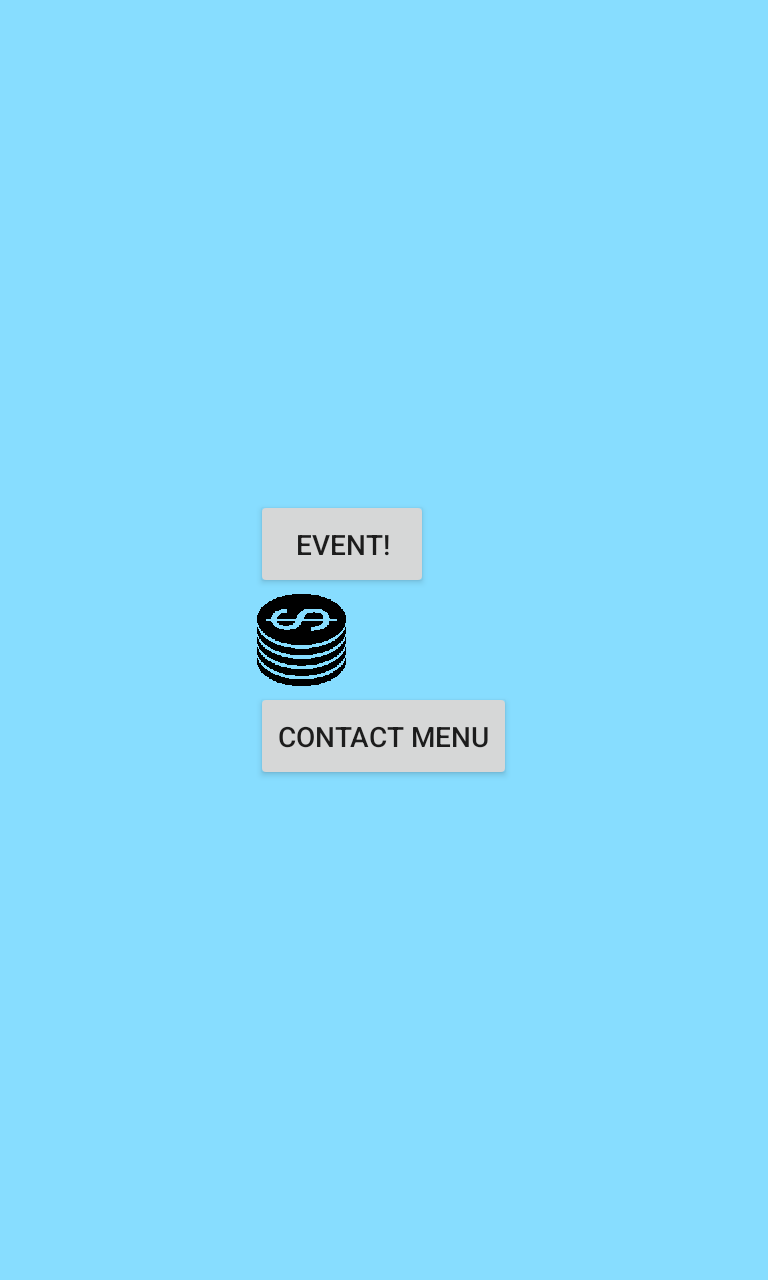
Repository: wisingd/Dajoroli
Layout: Workspace/SplitIt/res/layout/fragment_main.xml
These files come from the project's save history. The layout is drawn as it stood at one moment and after the next save; the edit follows.
It is drawn on a 768 x 1280 px phone screen (xhdpi) without system bars, with theme AppTheme; the app's code is not run.

Above is the layout before, as saved 2014-05-17 09:57:39.

### Workspace/SplitIt/res/layout/fragment_main.xml
<?xml version="1.0" encoding="utf-8"?>
<RelativeLayout xmlns:android="http://schemas.android.com/apk/res/android"
    xmlns:tools="http://schemas.android.com/tools"
    android:layout_width="match_parent"
    android:layout_height="match_parent"
    android:background="#87DDFF"
    android:paddingLeft="16dp"
    android:paddingRight="16dp" >

    <LinearLayout
        android:layout_width="wrap_content"
        android:layout_height="wrap_content"
        android:layout_centerHorizontal="true"
        android:layout_centerVertical="true"
        android:orientation="vertical" >

        <Button
            android:layout_width="wrap_content"
            android:layout_height="wrap_content"
            android:onClick="startEvent"
            android:text="@string/startEvent" />

        <ImageButton
            android:layout_width="wrap_content"
            android:layout_height="wrap_content"
            android:background="@android:color/transparent"
            android:onClick="startDebtMenu"
            android:src="@drawable/coins8" />

        <Button
            android:layout_width="wrap_content"
            android:layout_height="wrap_content"
            android:onClick="startContactMenu"
            android:text="@string/startContactMenu" />
    </LinearLayout>

</RelativeLayout>

### Workspace/SplitIt/res/values/strings.xml
<?xml version="1.0" encoding="utf-8"?>
<resources>

    <string name="app_name">Split It</string>
    <string name="action_settings">Settings</string>
    <string name="contact_name">Contact name</string>
    <string name="button_create_contact">Create contact!</string>
    <string name="title_activity_display_message">New Activity</string>
    <string name="information_text">Amount to the left, contact to the right</string>
    <string name="view_contacts">View contacts</string>
    <string name="amount">Amount</string>
    <string name="contact">Name</string>
    <string name="they_owe_me">They owe me</string>
    <string name="i_owe_them">I owe them</string>
    <string name="startDebtMenu">Debt menu</string>
    <string name="startContactMenu">Contact menu</string>
    <string name="number">Contact phone number</string>
    <string name="erase_contacts">Erase contacts</string>
    <string name="name">Name</string>
    <string name="split_debt">Split a debt</string>
    <string name="title_activity_split_adebt">SplitADebt</string>
    <string name="hello_world">Hello world!</string>
    <string name="splitOnThree">Split on these contacts!</string>
    <string name="title_activity_daniels_test">DanielsTest</string>
    <string name="startEvent">Event!</string>
    <string name="title_activity_event_creater">EventCreater</string>

</resources>

Loaded but not shown: Workspace/SplitIt/res/values/styles.xml (common file); Workspace/SplitIt/res/values-v11/styles.xml (common file); Workspace/SplitIt/res/values-v14/styles.xml (common file)

After the next save:
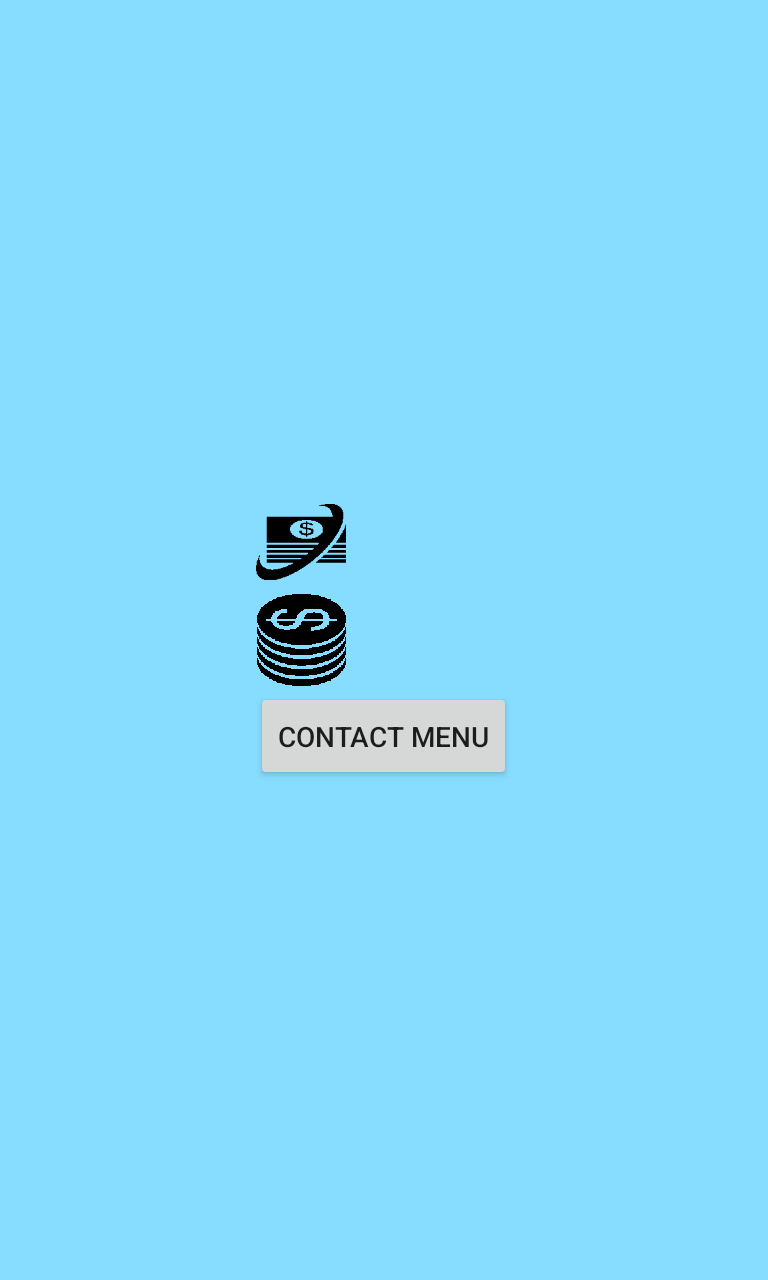
Saved 86 s later.
--- a/Workspace/SplitIt/res/layout/fragment_main.xml
+++ b/Workspace/SplitIt/res/layout/fragment_main.xml
@@ -14,11 +14,12 @@
         android:layout_centerVertical="true"
         android:orientation="vertical" >
 
-        <Button
+        <ImageButton
             android:layout_width="wrap_content"
             android:layout_height="wrap_content"
             android:onClick="startEvent"
-            android:text="@string/startEvent" />
+            android:src="@drawable/dollars8"
+            android:background="@android:color/transparent" />
 
         <ImageButton
             android:layout_width="wrap_content"
